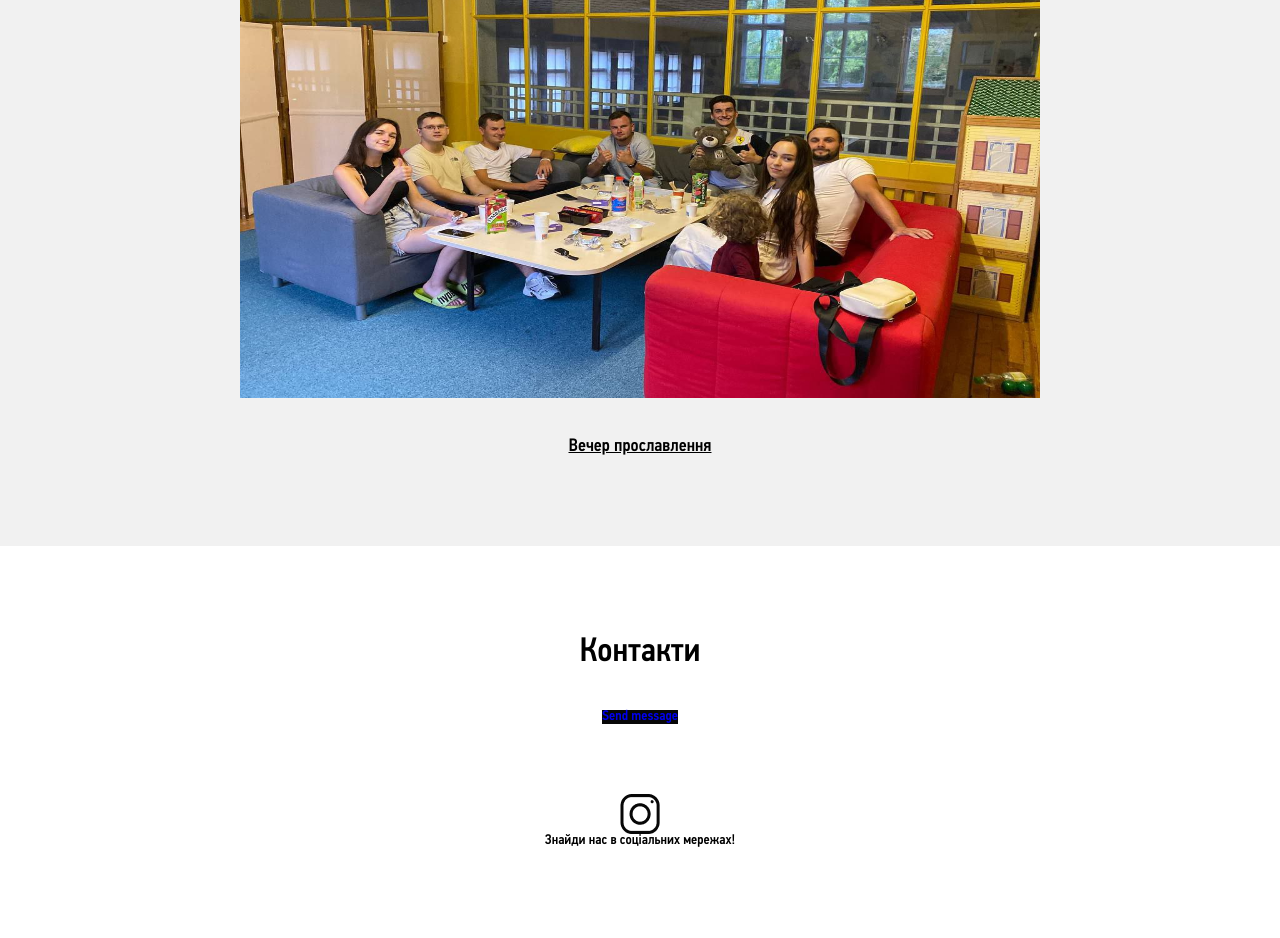
Repository: Bohdan-Sandovenko/youth-project
Page: index.html
An editor plug-in stored every save of this project. The page is shown before and after the next save, followed by the edit.
The browser window is 1280 px wide. The pictures show the part of the page from y = 2680 to 3632 px (the page is 3618 px tall before and 3632 px after).
Some web fonts or font styles are not loaded; a fallback is used. The style sheet was rebuilt from its Sass, Less or Tailwind sources for each picture, by a compiler version that may differ from the author's.

Above is the page before, as saved 2024-09-23 20:41:24.

After the next save:
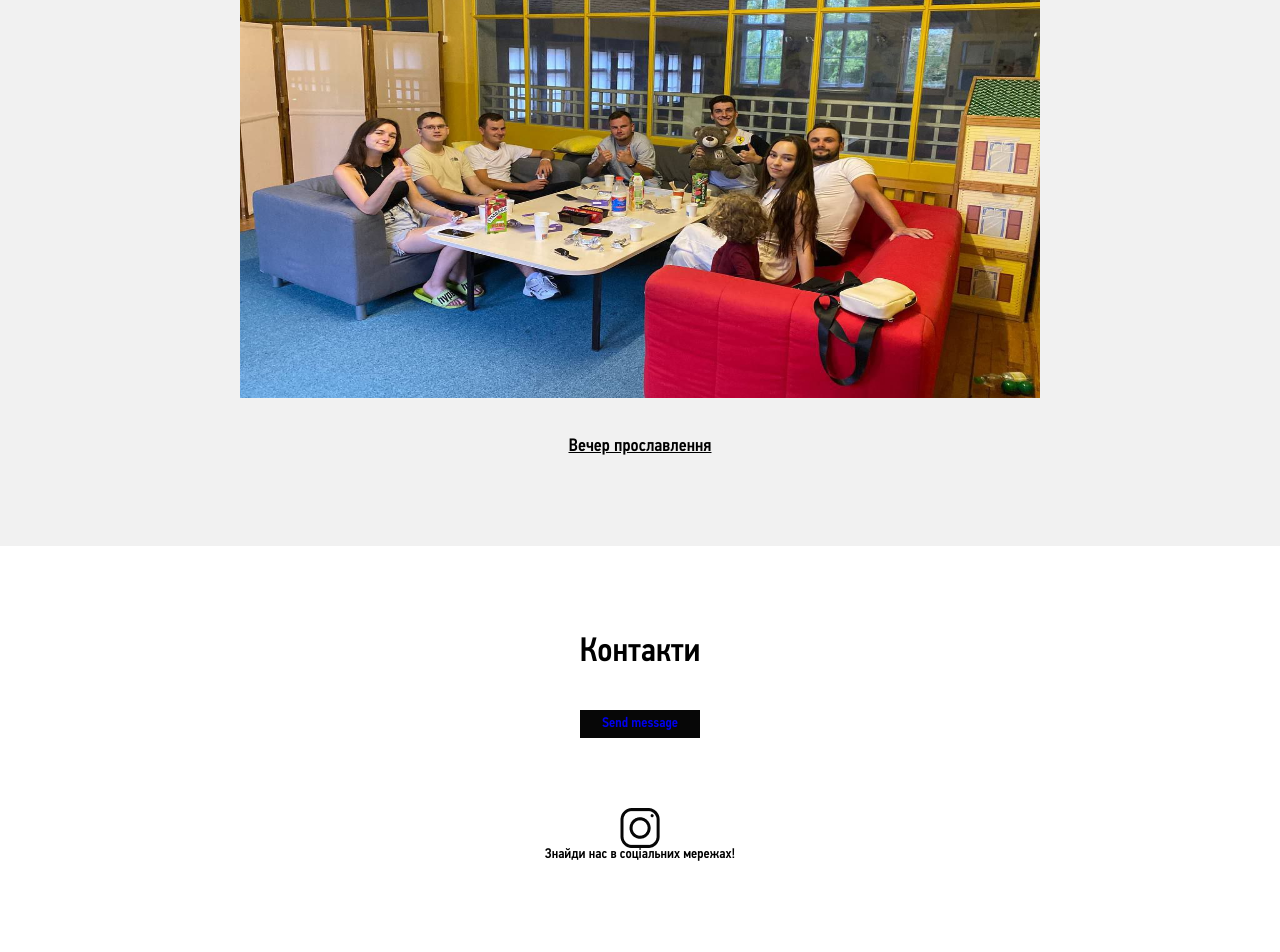
Saved 15 s later.
--- a/css/style.scss
+++ b/css/style.scss
@@ -184,7 +184,7 @@ body {
             & .btn {
                 background-color: #070707;
                 display: inline-block; //щоб працювала, як блок, але ширина оприділялася внутрі
-
+                padding: 7px 22px;
             }
         }
     }
